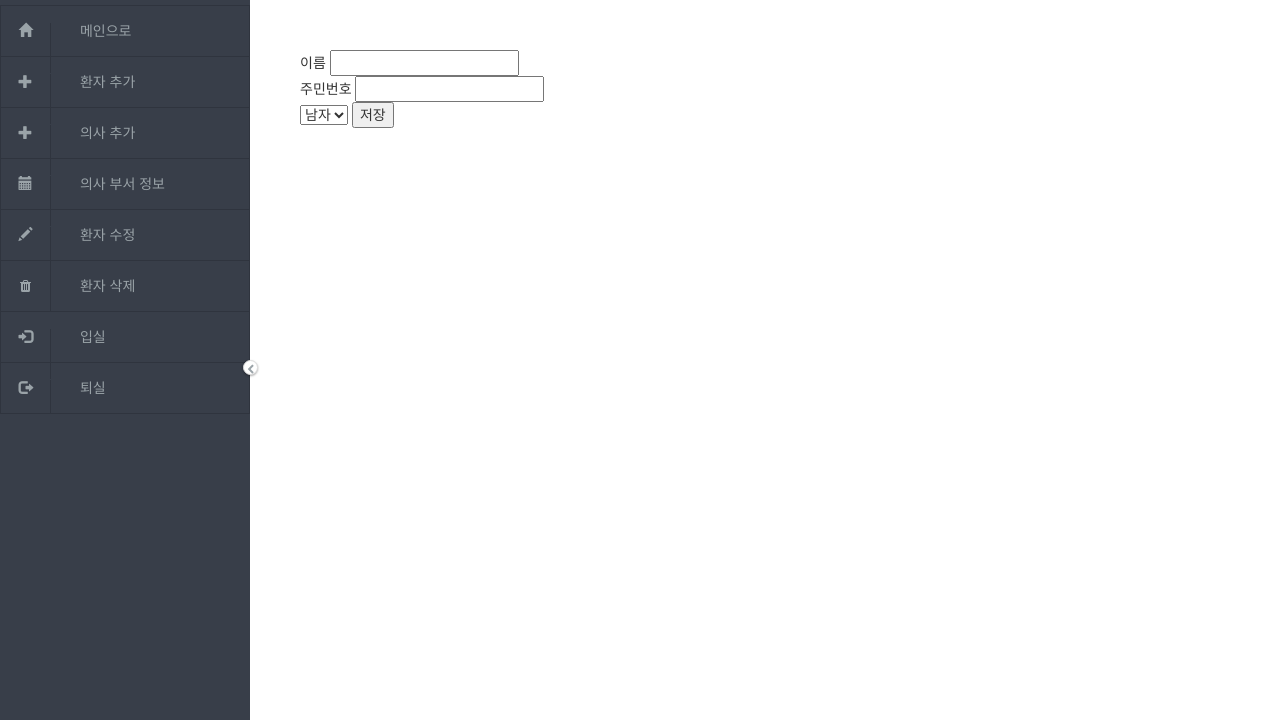
Repository: qaws1134/Hospital_manager
Page: http://localhost/project/P_add.jsp
An editor plug-in stored every save of this project. The page is shown before and after the next save, followed by the edit.
The browser window is 1280 px wide. The pictures show the whole page.
Some web libraries are served in a nearby version. The page is served by Tomcat 9.

Above is the page before, as saved 2017-12-09 17:01:33.
Console error (its wording comes from the project's code and is left out).

After the next save:
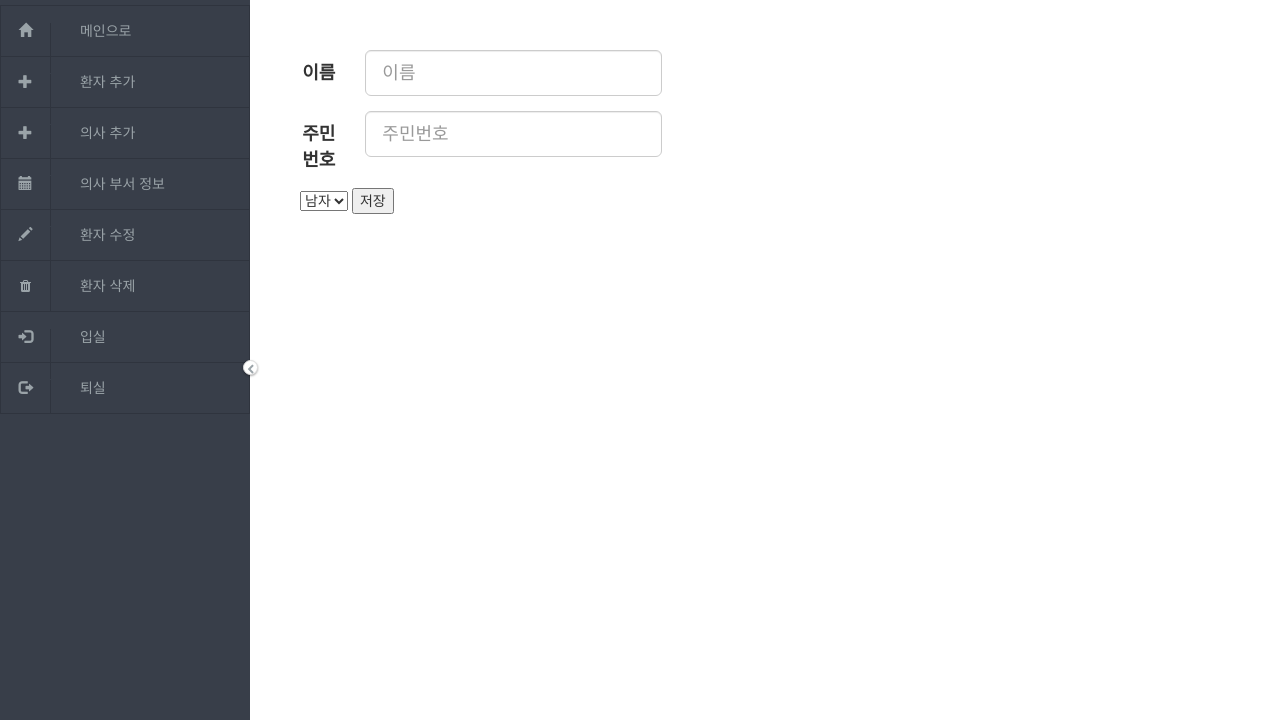
Saved 10 min 46 s later.
--- a/project/WebContent/P_add.jsp
+++ b/project/WebContent/P_add.jsp
@@ -204,16 +204,27 @@ nav ul li a span {
 	</ul>
 </nav>
 <section style="position:absolute; top:50px;left:300px">
-	<form action ="P_add.do" method="post">
-	이름	<input type ="text" name ="P_NAME"><br/>
-	주민번호	<input type ="text" name ="P_PERNUM"><br/>
+	<form class="form-horizontal" action ="P_add.do" method="post">
+  <div class="form-group form-group-lg">
+    <label class="col-sm-2 control-label" for="formGroupInputLarge">이름</label>
+    <div class="col-sm-10">
+      <input class="form-control" type="text" id="formGroupInputLarge" placeholder="이름" name ="P_NAME">
+    </div>
+  </div>
+  <div class="form-group form-group-lg">
+      <label class="col-sm-2 control-label" for="formGroupInputLarge">주민번호</label>
+    <div class="col-sm-10">
+      <input class="form-control" type="text" id="formGroupInputLarge" placeholder="주민번호" name ="P_PERNUM">
+    </div>
+	</div>
 	<select name ="P_GENDER">
 		<option value="남자">남자</option>
 		<option value="여자">여자</option>
 	</select>
+
 	<input type="submit" value="저장">
-	</form>
+</form>
+
 </section>
-
 </body>
 </html>
